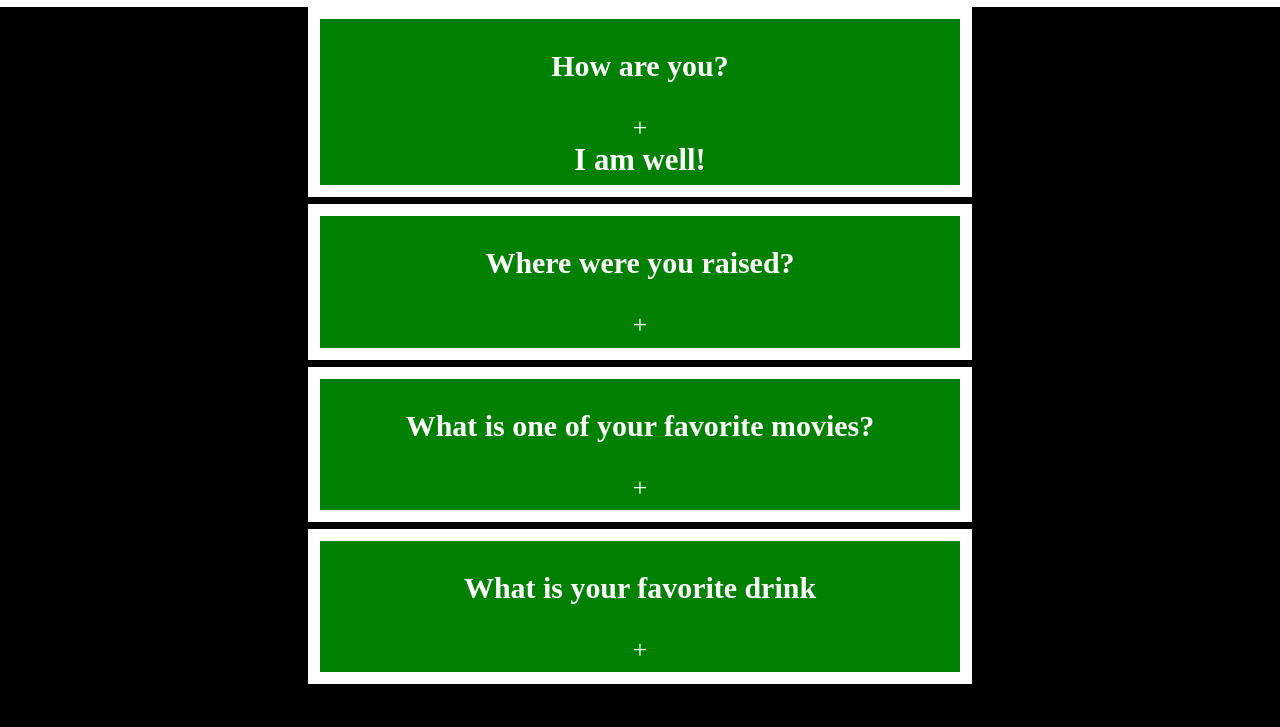
Repository: kosenijr/react-projects
Page: / (app in accordion/), after clicking the first element matching `div.title`
The author's editor kept a copy of each file at every save. The page is drawn from the files as they stood at one save, then again after the next save.
The browser window is 1280 px wide. The pictures show the whole page.
The project was rebuilt for these pictures with package versions that can differ from the ones it lists, and the page was loaded fresh each time.

Above is the page before, as saved 2024-03-02 22:46:26.

After the next save:
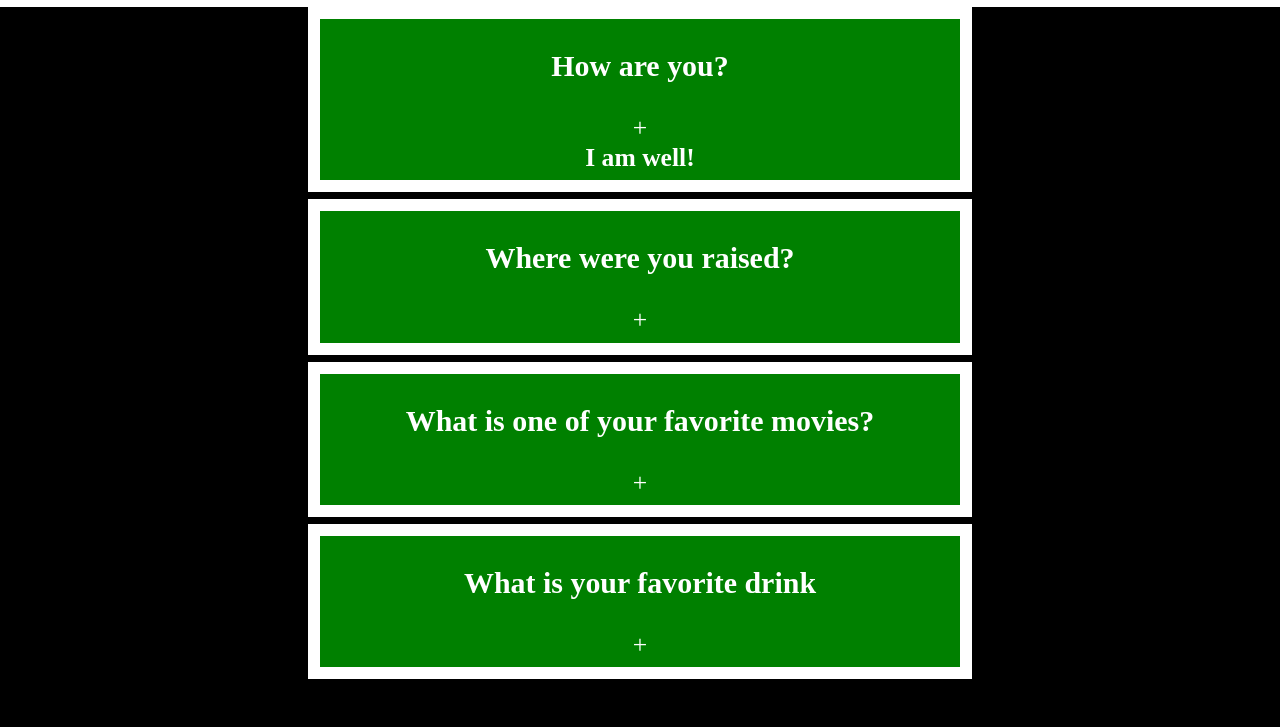
Saved 13 s later.
--- a/accordion/src/styles/Accordion.css
+++ b/accordion/src/styles/Accordion.css
@@ -18,7 +18,7 @@
 }
 
 .content {
-  font-size: 1.2em;
+  font-size: 1em;
   font-family:  "Raleway", "Times New Roman";
   font-weight: 700;
 }
